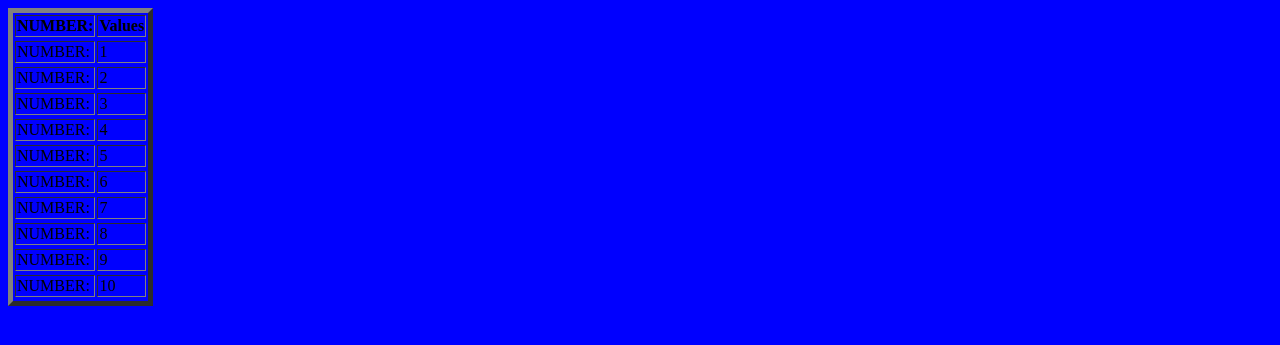
Repository: somakbha/CodeBackUP
Page: http://localhost/HelloJSP/table.jsp
An editor plug-in stored every save of this project. The page is shown before and after the next save, followed by the edit.
The browser window is 1280 px wide. The pictures show the whole page.
The page is served by Tomcat 9.

Above is the page before, as saved 2019-06-03 16:16:04.

### J2EE-Practice/HelloJSP/WebContent/table.jsp
<%@ page language="java" contentType="text/html; charset=UTF-8"
    pageEncoding="UTF-8"%>
<!DOCTYPE html PUBLIC "-//W3C//DTD HTML 4.01 Transitional//EN" "http://www.w3.org/TR/html4/loose.dtd">
<html>
<head>
<meta http-equiv="Content-Type" content="text/html; charset=UTF-8">
<title>Table JSP</title>
</head>
<body bgcolor="blue">

<!-- Create a table dynamically -->

<table border="5">
<tr><th>NUMBER:</th><th>Values</th><tr>

<%for (int i=0;i<10;i++) {%>

<tr><td>NUMBER:</td><td><%out.println(i+1); %></td><tr>
<%} %>
</table>


</body>
</html>

After the next save:
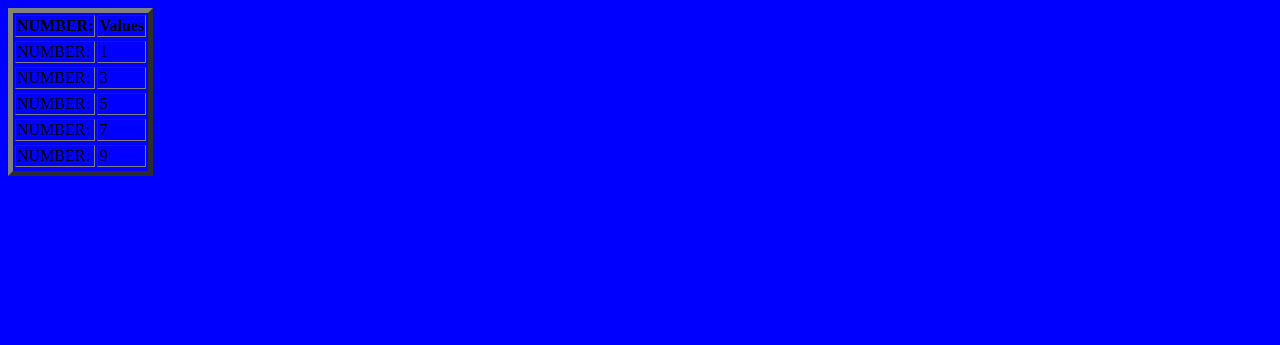
Saved 14 s later.
--- a/J2EE-Practice/HelloJSP/WebContent/table.jsp
+++ b/J2EE-Practice/HelloJSP/WebContent/table.jsp
@@ -15,7 +15,7 @@
 
 <%for (int i=0;i<10;i++) {%>
 
-<tr><td>NUMBER:</td><td><%out.println(i+1); %></td><tr>
+<tr><td>NUMBER:</td><td><%out.println(++i); %></td><tr>
 <%} %>
 </table>
 
